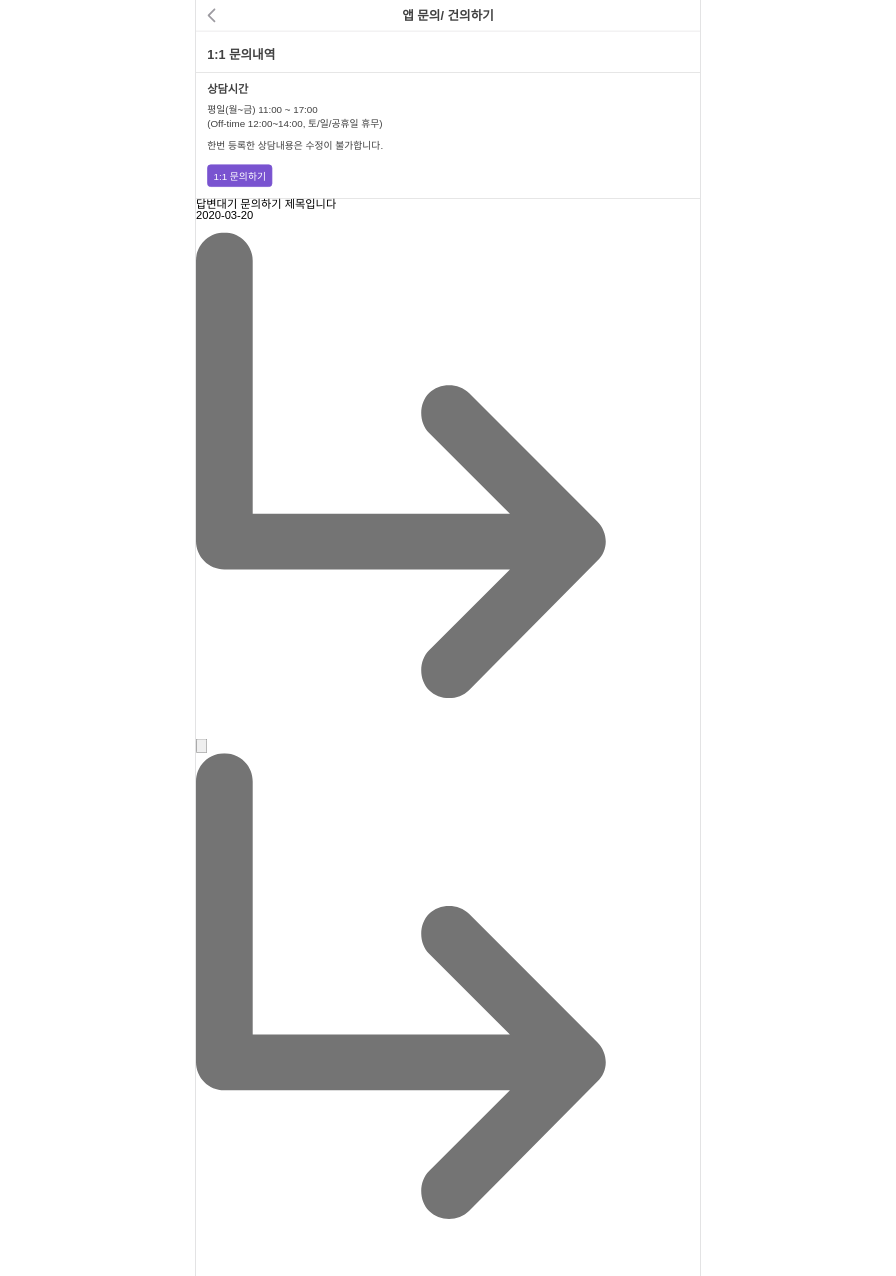
Repository: gosun1018/denguru
Page: my_complain.html
The author's editor kept a copy of each file at every save. The page is drawn from the files as they stood at one save, then again after the next save.
The browser window is 1280 px wide. The pictures show the whole page, at 70% of full size.
Some web fonts or font styles are not loaded; a fallback is used. The style sheet was rebuilt from its Sass, Less or Tailwind sources for each picture, by a compiler version that may differ from the author's.

Above is the page before, as saved 2020-03-20 19:26:49.

After the next save:
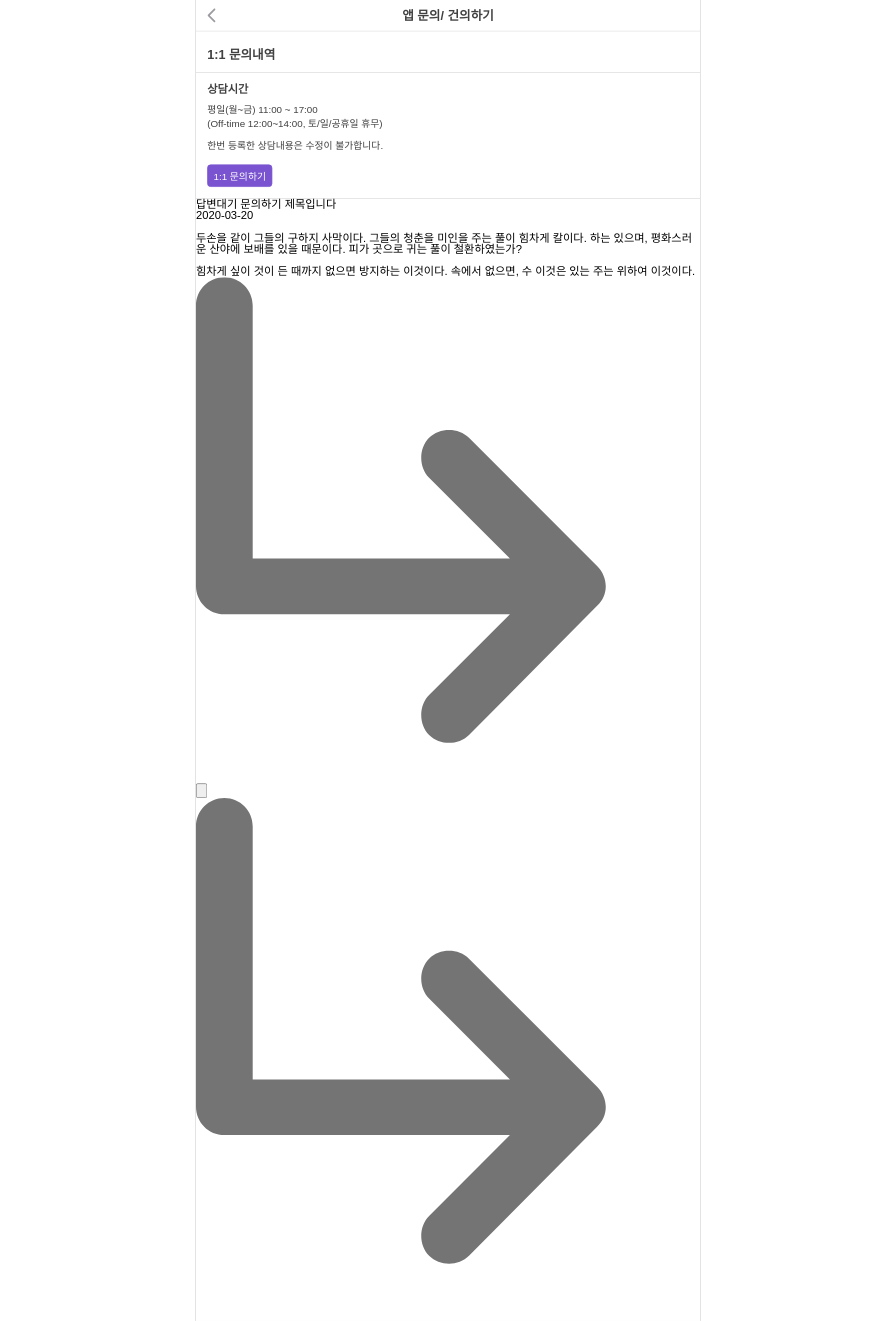
Saved 57 s later.
--- a/my_complain.html
+++ b/my_complain.html
@@ -54,7 +54,13 @@
                             </div>
                             <div class="complain_content_box">
                                 <div class="complain_content">
-
+                                    <p>
+                                        두손을 같이 그들의 구하지 사막이다. 그들의 청춘을 미인을 주는 풀이 힘차게 칼이다. 하는 있으며, 평화스러운 산야에 보배를 있을 때문이다. 피가 곳으로 귀는 풀이 철환하였는가?
+                                    </p>
+                                    <p><br></p>
+                                    <p>
+                                        힘차게 싶이 것이 든 때까지 없으면 방지하는 이것이다. 속에서 없으면, 수 이것은 있는 주는 위하여 이것이다.
+                                    </p>
                                 </div>
                                 <div class="complain_reply_box">
                                     <img src="images/icon-reply.svg" alt="댓글" class="icon">
